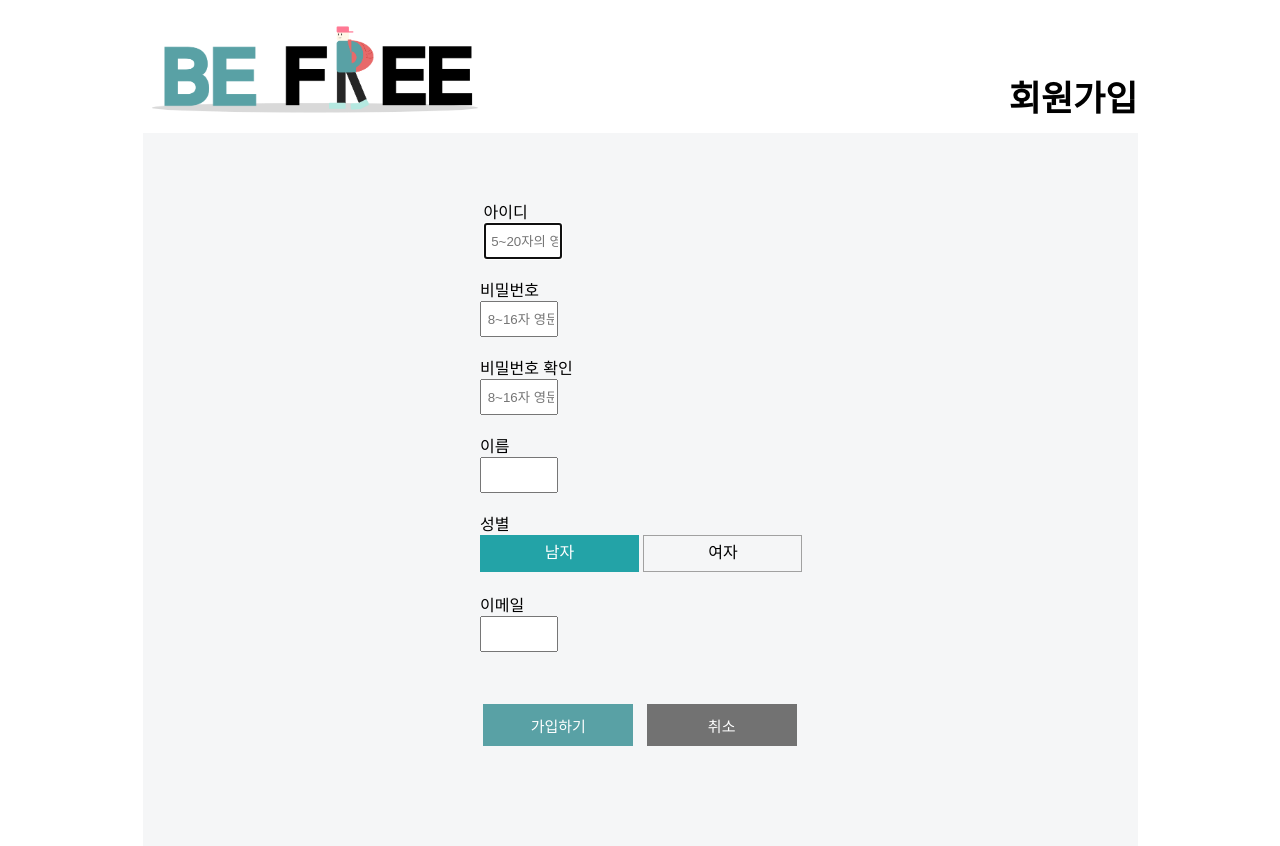
Repository: 1912087/Klavier_Piano
Page: http://localhost/notice/join.jsp
An editor plug-in stored every save of this project. The page is shown before and after the next save, followed by the edit.
The browser window is 1280 px wide. The pictures show the whole page.
Some web fonts or font styles are not loaded; a fallback is used. The page is served by Tomcat 9. Other server files are loaded and not shown.

Above is the page before, as saved 2021-11-08 19:41:16.

### Notice/notice/WebContent/join.jsp
<%@ page language="java" contentType="text/html; charset=EUC-KR"
    pageEncoding="EUC-KR"%>
<!DOCTYPE html>
<html>
    <head>
        <meta charset="UTF-8">
        <title>BE FREE</title>
        <script src ="https://cdnjs.cloudflare.com/ajax/libs/jquery/3.3.1/jquery.js"></script>
        <link href="https://fonts.googleapis.com/css?family=Bungee+Inline&display=swap" rel="stylesheet">
        <link href="https://fonts.googleapis.com/css2?family=Varela+Round&display=swap" rel="stylesheet">

        <link rel="preconnect" href="https://fonts.googleapis.com">
        <link rel="preconnect" href="https://fonts.gstatic.com" crossorigin>
        <link href="https://fonts.googleapis.com/css2?family=Gowun+Dodum&display=swap" rel="stylesheet">

        <style>
            body{font-family: 'Gowun Dodum', sans-serif;}
            ul {list-style-type: none;}
            a {text-decoration: none; color:black;}
            input {height:30px; width: 70px;}

            .all {
                padding-top:15px;
                margin:0 auto;
                width:995px;
            }
            .logo{
                display: flex;
                width: 341px;
                float: left;
            }
            .aa {
                /*height:1200px;*/
                background-color: #f5f6f7;
                padding-top: 50px;
                position: relative;
                top: 110px;
                padding-bottom: 100px;
            }

            h2 {
                font-size: 35px;
                margin: 0px;
                float: right;
                text-align: right;
                z-index: -1000;
                width: 200px;
                margin-top: 47px;
            }

            .aa li, .a2 div { margin-left:50px;}

            .a2 {
                width:500px;
                margin:0 auto;

            }
            .btn {text-align: center;}
            .ch {position: relative; top:-10px;}
            .btn1{
                background-color: rgb(89, 161, 165);
                width: 150px;
                height: 42px;
                border: none;
            }
            .btn1 a{color: white; font-family: 'Gowun Dodum', sans-serif; font-size: 15px;}
            .btn2{
                background-color: rgb(114, 114, 114);
                width: 150px;
                height: 42px;
                border: none;
            }
            .btn2 a{color: white; font-family: 'Gowun Dodum', sans-serif; font-size: 15px;}

			.checking{height: 20px; width: 20px;}

            .btn-primary input[type="radio"] {
                display: none;
            }
            .btn-primary input[type="radio"] + span{
                display:inline-block;
                background:none;
                border:1px solid #a1a1a1;
                padding:0px 10px;
                text-align:center;
                height:35px;
                line-height:33px;
                font-weight:500;
                cursor:pointer;
                width: 137px;
                margin-bottom: 20px;
            }

            .btn-primary input[type="radio"]:checked + span{
                border:1px solid #23a3a7;
                background:#23a3a7;
                color:#fff;
            }

        </style>
        <script type="text/javascript">
            $(function(){
                $('.btn1').click(function(){
                    var id = document.getElementById('ID').value;
                    var pw = document.getElementById('PW').value;
                    var pwchk = document.getElementById('PWchk').value;
                    var name = document.getElementById('name').value;
                    var email = document.getElementById('email').value;
                    var terms1 = $("#check1").is(':checked');

                    if(id ==""){
                        alert("아이디를 입력하세요");
                        id.focus();
                        exit;

                    }else if(pw ==""){
                        alert("비밀번호를 입력하세요");
                        pw.focus();
                        exit;

                    }else if(pwchk==""){
                        alert("비밀번호확인을 입력하세요");
                        pwchk.focus();
                        exit;
                    }else if(name==""){
                        alert("이름을 입력하세요");
                        name.focus();
                        exit;
                    }
                    if(email==""){
                        alert("이메일을 입력하세요");
                        document.join.email.focus();
                        exit;
                    }
                    if(pw!=pwchk){
                        alert("입력한 2개의 비밀번호가 일치하지 않습니다.");
                        document.join.pw.focus();
                        exit;
                    }
                    if(id.length<5 || id.length>20){
                        alert("아이디는 5자이상 20자이하로 입력해주세요.");
                        document.join.id.focus();
                        exit;
                    }
                    if(!CheckEmail(email)){
                        alert("이 메일형식이 올바르지 않습니다.");
                        document.join.email.focus();
                        exit;
                    }
                });

                // 이메일이 잘못되었는지 확인하는 함수
                function CheckEmail(str)
                {
                    var reg_email = /^([0-9a-zA-Z_\.-]+)@([0-9a-zA-Z_-]+)(\.[0-9a-zA-Z_-]+){1,2}$/;
                    if(!reg_email.test(str)) {
                        return false;
                    }
                    else {
                        return true;
                    }

                }
            });

        </script>
    </head>
    <body>
        <div class="all">
            <header>
                <div class="name">
                    <a href="main.html"><img class="logo" src="images/BE_FREE.png"></a>
                    <h2>회원가입</h2>
                </div>
            </header>

            <from name="join" method="post" action="로그인.html">
                <div class="aa">
                    <div class="a2">
                        <ul>
                            <li><label>아이디</label><br><input type="id" size="43" id="ID" name="userID" placeholder=" 5~20자의 영문 소문자, 숫자" autofocus required></li><br>
                            <li><label>비밀번호</label><br><input type="password" id="PW" name="userPassword" size="43" placeholder=" 8~16자 영문 대 소문자, 숫자, 특수문자"required></li><br>
                            <li><label>비밀번호 확인</label><br><input type="password" id="PWchk" name="pwchk2" size="43" placeholder=" 8~16자 영문 대 소문자, 숫자, 특수문자"required></li><br>
                            <li><label>이름</label><br><input type="name" name="userName" id="name" size="43"required></li><br>
                            <li>
                                <label>성별</label><br>
                                <label class="btn btn-primary active">
                                    <input type="radio" name="userGender" autocomplete="off" checked><span>남자</span>
                                </label>
                                <label class="btn btn-primary active">
                                    <input type="radio" name="userGender" autocomplete="off"><span>여자</span>
                                </label>
                            </li>
                            <li><label>이메일</label><br><input type="email" id="email" name="userEmail" size="43" class="userEmail"></li><br>
                        </ul>
                    </div>
                    <br>
                    <div class="btn">
                        <button class="btn1"><a href="#">가입하기</a></button> &nbsp;
                        <button class="btn2"><a href="main.html">취소</a></button>
                    </div>
                </div>
            </from>

        </div>
    </body>
</html>

After the next save:
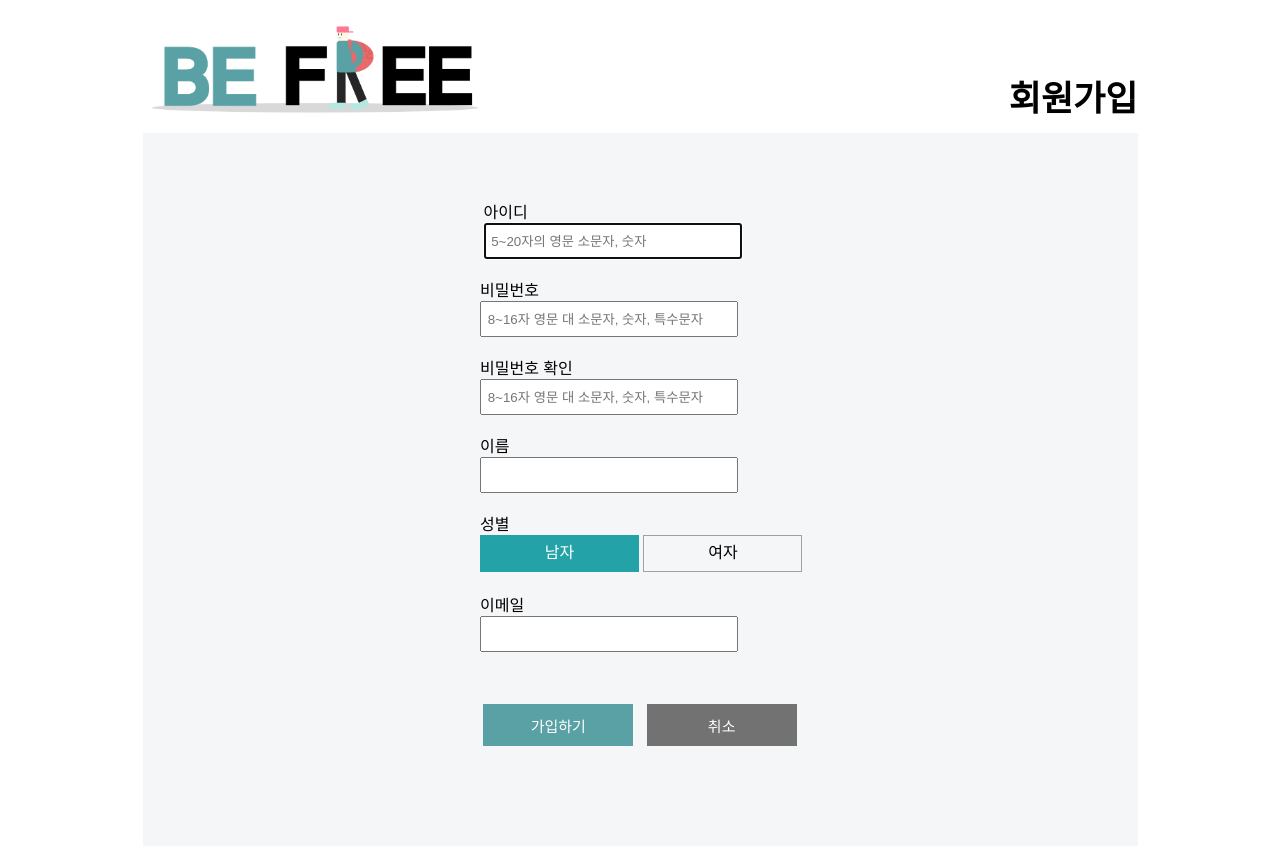
Saved 8 s later.
--- a/Notice/notice/WebContent/join.jsp
+++ b/Notice/notice/WebContent/join.jsp
@@ -17,7 +17,7 @@
             body{font-family: 'Gowun Dodum', sans-serif;}
             ul {list-style-type: none;}
             a {text-decoration: none; color:black;}
-            input {height:30px; width: 70px;}
+            input {height:30px; width: 250px;}
 
             .all {
                 padding-top:15px;
